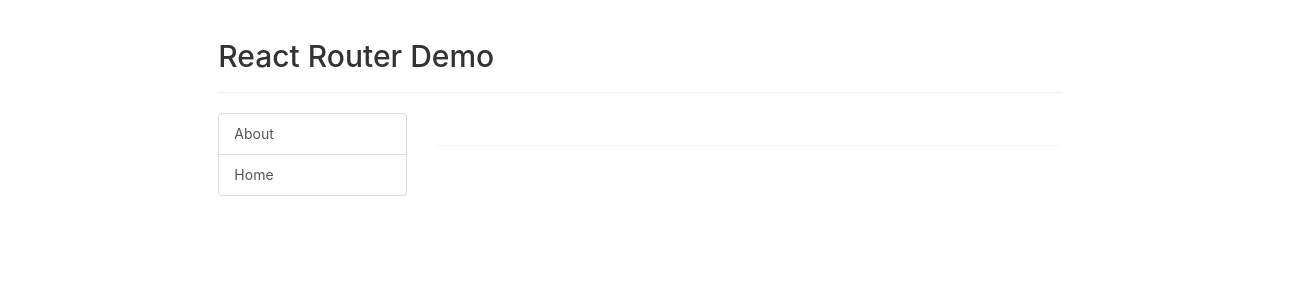
Repository: Shanshan67/React_a
Page: /home
The author's editor kept a copy of each file at every save. The page is drawn from the files as they stood at one save, then again after the next save.
The browser window is 1280 px wide. The page is 1295 px wide, then 1280 px, so the pictures cover 1295 px, including what lies to the right of the window. The pictures show the whole page.
The project was rebuilt for these pictures with package versions that can differ from the ones it lists, and the page was loaded fresh each time. Also part of the build but not shown: src/components/About/index.jsx, src/components/Home/index.jsx.

Above is the page before, as saved 2022-12-07 15:54:40.

### public/index.html
<!DOCTYPE html>
<html lang="en">
  <head>
    <meta charset="utf-8" />
    <link rel="icon" href="%PUBLIC_URL%/favicon.ico" />
    <meta name="viewport" content="width=device-width, initial-scale=1" />
    <meta name="theme-color" content="#000000" />
    <meta
      name="description"
      content="Web site created using create-react-app"
    />
    <link rel="apple-touch-icon" href="%PUBLIC_URL%/logo192.png" />
    <!--
      manifest.json provides metadata used when your web app is installed on a
      user's mobile device or desktop. See https://developers.google.com/web/fundamentals/web-app-manifest/
    -->
    <link rel="manifest" href="%PUBLIC_URL%/manifest.json" />
    <link rel="stylesheet" href="./css/bootstrap.css" />
    <!--
      Notice the use of %PUBLIC_URL% in the tags above.
      It will be replaced with the URL of the `public` folder during the build.
      Only files inside the `public` folder can be referenced from the HTML.

      Unlike "/favicon.ico" or "favicon.ico", "%PUBLIC_URL%/favicon.ico" will
      work correctly both with client-side routing and a non-root public URL.
      Learn how to configure a non-root public URL by running `npm run build`.
    -->
    <title>React App</title>
  </head>
  <body>
    <noscript>You need to enable JavaScript to run this app.</noscript>
    <div id="root"></div>
    <!--
      This HTML file is a template.
      If you open it directly in the browser, you will see an empty page.

      You can add webfonts, meta tags, or analytics to this file.
      The build step will place the bundled scripts into the <body> tag.

      To begin the development, run `npm start` or `yarn start`.
      To create a production bundle, use `npm run build` or `yarn build`.
    -->
  </body>
</html>

### src/index.js
import React from 'react';
import ReactDOM from 'react-dom/client';
import {BrowserRouter} from 'react-router-dom'
import './index.css';
import App from './App';
import reportWebVitals from './reportWebVitals';

const root = ReactDOM.createRoot(document.getElementById('root'));
root.render(
  <BrowserRouter>
    <App />
  </BrowserRouter>
);

// If you want to start measuring performance in your app, pass a function
// to log results (for example: reportWebVitals(console.log))
// or send to an analytics endpoint. Learn more: https://bit.ly/CRA-vitals
reportWebVitals();

### src/App.jsx
import React, { Component } from 'react'
import {Link,Route,Routes} from 'react-router-dom'
import About from './components/About'
import Home from './components/Home'

export default class App extends Component {
  render() {
    //const {users} = this.state <List users={users}/>
    return (
      <div>
        <div className="row">
          <div className="col-xs-offset-2 col-xs-8">
            <div className="page-header"><h2>React Router Demo</h2></div>
          </div>
        </div>
        <div className="row">
          <div className="col-xs-2 col-xs-offset-2">
            <div className="list-group">
              {/* <a className="list-group-item" href="./about.html">About</a>
              <a className="list-group-item active" href="./home.html">Home</a> */}
              <Link className="list-group-item" to="/about">About</Link>
              <Link className="list-group-item" to="/home">Home</Link>
            </div>
          </div>
          <div className="col-xs-6">
            <div className="panel">
              <div className="panel-body">
                <Routes>
                  <Route path='/about' component={About}/>
                  <Route path='/home' component={Home}/>
                </Routes>
              </div>
            </div>
          </div>
        </div>
      </div>
    )
  }
}

Loaded but not shown: src/index.css (common file); src/reportWebVitals.js (common file); public/css/bootstrap.css (library)

After the next save:
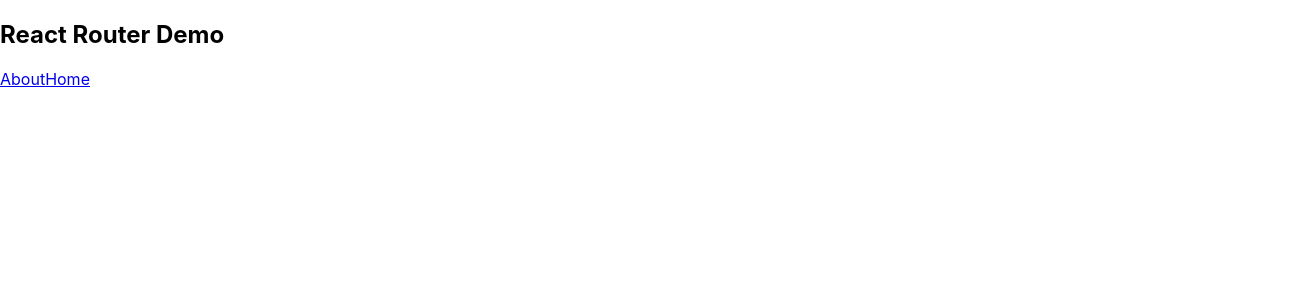
Saved 64 s later.
--- a/public/index.html
+++ b/public/index.html
@@ -15,7 +15,7 @@
       user's mobile device or desktop. See https://developers.google.com/web/fundamentals/web-app-manifest/
     -->
     <link rel="manifest" href="%PUBLIC_URL%/manifest.json" />
-    <link rel="stylesheet" href="./css/bootstrap.css" />
+    <!-- <link rel="stylesheet" href="./css/bootstrap.css" /> -->
     <!--
       Notice the use of %PUBLIC_URL% in the tags above.
       It will be replaced with the URL of the `public` folder during the build.
